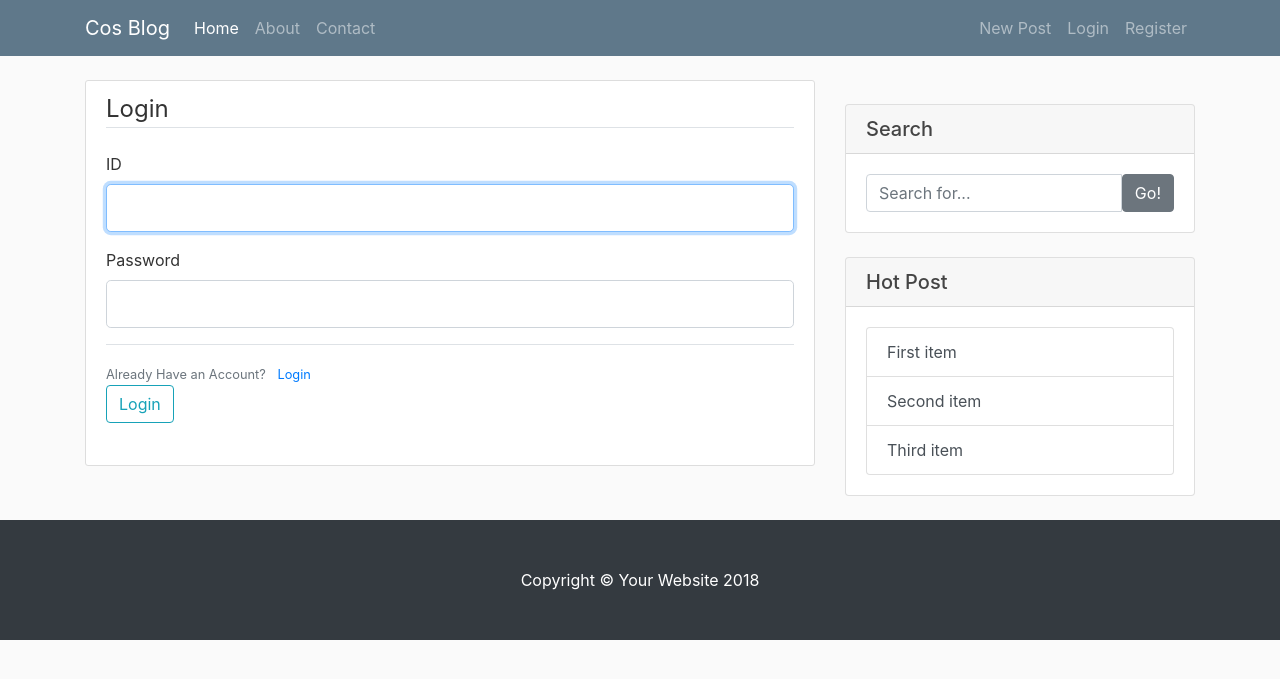
Repository: DogyeKing/blog
Page: http://localhost/blog/member/loginForm.jsp
The author's editor kept a copy of each file at every save. The page is drawn from the files as they stood at one save, then again after the next save.
The browser window is 1280 px wide. The pictures show the whole page.
The page is served by Tomcat 9. Other server files are loaded and not shown.

Above is the page before, as saved 2018-08-02 06:28:42.

### blog/blog/WebContent/member/loginForm.jsp
<%@ page language="java" contentType="text/html; charset=UTF-8"
    pageEncoding="UTF-8"%>

<!DOCTYPE html>
<html>
<head>

  <meta charset="utf-8">
  <meta name="viewport" content="width=device-width, initial-scale=1, shrink-to-fit=no">
  <meta name="description" content="">
  <meta name="author" content="">

  <title>Cos Blog</title>

  <!-- Bootstrap core CSS -->
  <link href="<%=request.getContextPath()%>/css/bootstrap.css" rel="stylesheet">
  <!-- Bootstrap core JavaScript -->
  <script src="<%=request.getContextPath()%>/js/jquery.min.js"></script>
  <script src="<%=request.getContextPath()%>/js/bootstrap.bundle.min.js"></script>

  <!-- Custom styles for this template -->
  <link href="<%=request.getContextPath()%>/css/blog-home.css" rel="stylesheet">

</head>

<body>
	<!-- Nav Include -->
	<jsp:include page="/include/navigation.jsp"/>

<!-- Page Content -->
<div class="container">
  <div class="row">
    <!-- Blog Entries Column -->
<div class="col-md-8">
	<div class="content-section">
	<form method="POST" action="#">
		<fieldset class="form-group">
			<legend class="border-bottom mb-4">Login</legend>
			<div class="form-group">
  			<label class="form-control-label">ID</label>
		  	<input class="form-control form-control-lg" type="text" name="id" maxlength="20" required autofocus>
			</div>

			<div class="form-group">
				<label class="form-control-label">Password</label>
				<input class="form-control form-control-lg" type="password" name="password" maxlength="20" required>
			</div>
			<div class="border-top pt-3">
				<small class="text-muted">
					Already Have an Account? <a class="ml-2" href="<%=request.getContextPath()%>/member/loginForm.jsp">Login</a>
				</small>
			</div>
			<div class="form-group">
				<button class="btn btn-outline-info" type="submit">Login</button>
			</div>

		</fieldset>
	</form>
	</div>
</div>

<!--  SideBar Include -->
	<jsp:include page="../include/sidebar.jsp"/>

<!-- Sidebar Widgets Column -->


</div>
<!-- /.row -->

</div>
<!-- /.container -->

<!-- Footer -->
<footer class="py-5 bg-dark">
  <div class="container">
    <p class="m-0 text-center text-white">Copyright &copy; Your Website 2018</p>
  </div>
  <!-- /.container -->
</footer>

</body>

</html>

### blog/blog/WebContent/include/navigation.jsp
<%@ page language="java" contentType="text/html; charset=UTF-8"
    pageEncoding="UTF-8"%>
<!DOCTYPE html>
  <!-- Navigation -->
 <nav class="navbar navbar-expand-lg navbar-dark bg-steel fixed-top">
   <div class="container">
     <a class="navbar-brand" href="<%=request.getContextPath()%>/main.jsp">Cos Blog</a>
     <button class="navbar-toggler" type="button" data-toggle="collapse" data-target="#navbarResponsive" aria-controls="navbarResponsive" aria-expanded="false" aria-label="Toggle navigation">
       <span class="navbar-toggler-icon"></span>
     </button>
     <div class="collapse navbar-collapse" id="navbarResponsive">
       <div class="navbar-nav">
           <a class="nav-item active nav-link mr-auto" href="#">Home
             <span class="sr-only">(current)</span>
           </a>
           <a class="nav-item nav-link" href="#">About</a>
              <a class="nav-item nav-link" href="#">Contact</a>
       </div>
       <div class="navbar-nav ml-auto">
           <a class="nav-item nav-link" href="#">New Post</a>
           <a class="nav-item nav-link" href="<%=request.getContextPath()%>/member/loginForm.jsp">Login</a>
           <a class="nav-item nav-link" href="<%=request.getContextPath()%>/member/joinForm.jsp">Register</a>
       </div>
     </div>
   </div>
</nav>

### blog/blog/WebContent/include/sidebar.jsp
<%@ page language="java" contentType="text/html; charset=UTF-8"
    pageEncoding="UTF-8"%>
<div class="col-md-4">
  <!-- Search Widget -->
<div class="card my-4">
 <h5 class="card-header">Search</h5>
 <div class="card-body">
   <div class="input-group">
     <input type="text" class="form-control" placeholder="Search for...">
     <span class="input-group-btn">
       <button class="btn btn-secondary" type="button">Go!</button>
     </span>
   </div>
 </div>
</div>

<!-- Categories Widget -->
  <div class="card my-4">
    <h5 class="card-header">Hot Post</h5>
    <div class="card-body">
      <div class="list-group">
        <a href="#" class="list-group-item list-group-item-action">First item</a>
        <a href="#" class="list-group-item list-group-item-action">Second item</a>
        <a href="#" class="list-group-item list-group-item-action">Third item</a>
      </div>
    </div>
  </div>
</div>

### blog/blog/WebContent/css/blog-home.css
body {
	background: #fafafa;
	color: #333333;
	margin-top: 5rem;
}

h1,h2,h3,h4,h5,h6 {
	color: #444444;
}

.bg-steel {
	background-color: #5f788a;
}

.site-header .navbar-nav .nav-link {
	color: #cbd5db;
}

.site-header .navbar-nav .nav-link:hover {
	color: #ffffff;
}

.content-section {
	background: #ffffff;
	padding: 10px 20px;
	border: 1px solid #dddddd;
	border-radius: 3px;
	margin-bottom: 20px;
}

.article-title {
	color: #444444;
}

a.article-title:hover {
	color: #428bca;
	text-decoration: none;
}

.article-content {
	white-space: pre-line;
}

.article-img {
	height: 65px
	width: 65px;
	margin-right: 16px;
}

.article-metadata {
	padding-bottom: 1px;
	margin-bottom: 4px
	border-bottom: 1px solid #e3e3e3;
}

.article-metadata a:hover {
	color: #333;
	text-decoration: none;
}

.article-svg {
	width: 25px;
	height: 25px;
	vertical-align: middle;
}

.account-img {
	height: 125px;
	width: 125px;
	margin-right: 20px;
	margin-bottom: 16px;
}

.account-heading {
	font-size: 2.5rem;
}

Loaded but not shown: blog/blog/WebContent/css/bootstrap.css (library); blog/blog/WebContent/js/jquery.min.js (library); blog/blog/WebContent/js/bootstrap.bundle.min.js (library)

After the next save:
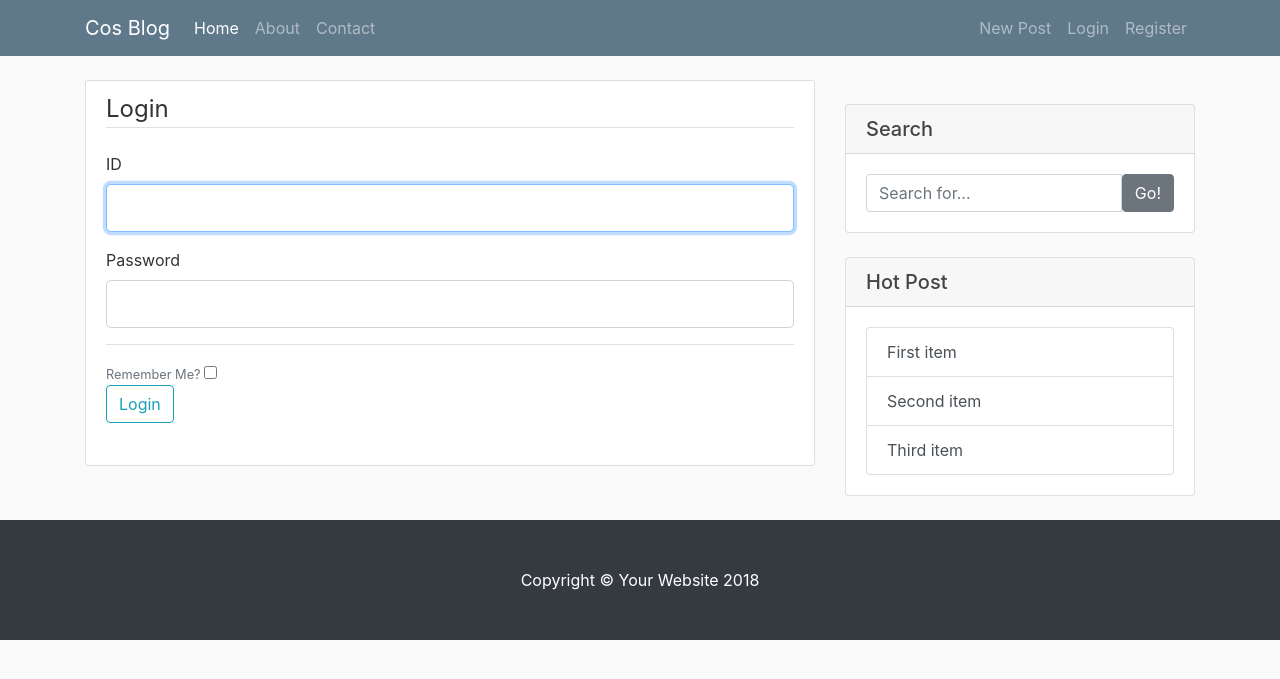
Saved 52 s later.
--- a/blog/blog/WebContent/member/loginForm.jsp
+++ b/blog/blog/WebContent/member/loginForm.jsp
@@ -47,7 +47,7 @@
 			</div>
 			<div class="border-top pt-3">
 				<small class="text-muted">
-					Already Have an Account? <a class="ml-2" href="<%=request.getContextPath()%>/member/loginForm.jsp">Login</a>
+				Remember Me? <input type="checkbox" name="idsave" value="on">
 				</small>
 			</div>
 			<div class="form-group">
